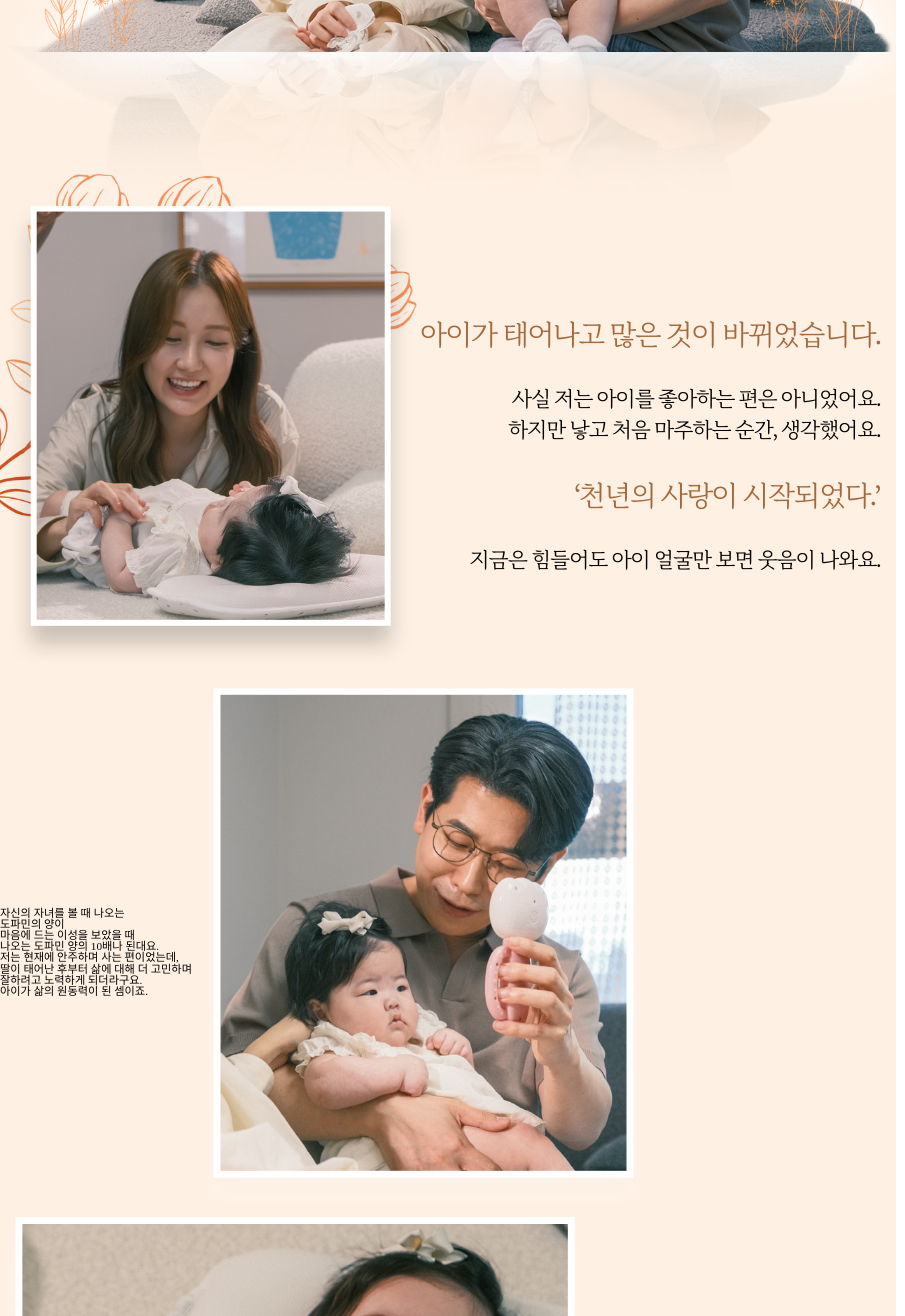
Repository: dlgywls1130/saveTheChildren
Page: index.html
The author's editor kept a copy of each file at every save. The page is drawn from the files as they stood at one save, then again after the next save.
The browser window is 1280 px wide. The page is 1293 px wide, so the pictures cover 1293 px, including what lies to the right of the window. The pictures show the part of the page from y = 2868 to 4748 px (the page is 10443 px tall before and 10384 px after), at 70% of full size.
Some web fonts or font styles are not loaded; a fallback is used. The style sheet was rebuilt from its Sass, Less or Tailwind sources for each picture, by a compiler version that may differ from the author's.

Above is the page before, as saved 2024-11-01 22:31:20.

### index.html
<!DOCTYPE html>
<html lang="en">
<head>
    <meta charset="UTF-8">
    <meta name="viewport" content="width=device-width, initial-scale=1.0">
    <title>Document</title>

    <link rel="stylesheet" href="./css/common.css">
</head>
<body>

    <!-- main -->
    <section class="main_container">
        <div class="container">
            <div class="logo_title mb-60">
                <img src="./images/logo.png" alt="logo">
                <p>우리 아기 좋은 날 기부</p>
            </div>

            <p class="sub_title mb-30">
                의사 오진승, 아나운서 김도연 가족과 함께하는
            </p>

            <h2 class="mb-50">우리 아기<br>좋은 날 일기</h2>

            <p class="sub_span_text mb-40">
                여러분은 자녀의 소중한 순간을<br>
                어떻게 기념 하시나요?
            </p>

            <p class="sub_descript mb-60">
                보통 사진을 찍고 영상을 남기는 분들이 많으실 거에요. <br>
                <span>소중한 날을 특별하게 기념하는 방법</span>을<br>
                소개해드릴게요
            </p>

            <a href="#" class="record_btn">
                <img src="/images/pencle.png" alt="pencle">
                <p>우리 아기 좋은 날 기록하기</p>
            </a>
        </div>
    </section>

    <!-- 스토리섹션 -->

    <section class="story_section">
        <div class="container py-150">

            <!-- 영상 -->
            <div class="video_container mb-150">
                <video></video>
            </div>

            <div class="story_01">
                <p class="s01 mb-70">
                    “유튜브 <닥터프렌즈>를 운영하는 정신과 전문의 오진승,
                    <br>KBS 전 아나운서, 현 프리랜서 방송인 김도연입니다.
                </p>

                <p class="s01_1 mb-70">
                    세이브더칠드런과는 자립지원아동들과 미혼모가정을 위해
                    <br>기부하며 인연을 이어오고 있습니다.
                </p>

                <p class="s01_2 mb-70">
                    지난 4월, 첫 딸 수빈이가 저희에게 찾아와 주었어요.”
                </p>

                <img src="/images/s1_1.png" alt="story">
            </div>


            <div class="story_02">
                <div class="story_02_01">
                    <div class="story_image">
                        <img src="/images/s2_1.png" alt="stroy">
                    </div>
                    <div class="story_text-contain">
                        <p class="story_text_01 mb-50">
                            아이가 태어나고 많은 것이 바뀌었습니다.
                        </p>
                        <p class="story_text_02 mb-50">
                            사실 저는 아이를 좋아하는 편은 아니었어요.
                            <br>하지만 낳고 처음 마주하는 순간, 생각했어요.
                        </p>
                        <p class="story_text_03 mb-50">
                            ‘천년의 사랑이 시작되었다.’
                        </p>

                        <p class="story_text_04">
                            지금은 힘들어도 아이 얼굴만 보면 웃음이 나와요.
                        </p>
                    </div>


                </div>
            </div>

            <div class="story_03">
                <div class="story_03_01">
                    <div class="story_text-contain">
                        <p class="story_text_01">
                            자신의 자녀를 볼 때 나오는
                            <br>도파민의 양이
                            <br>마음에 드는 이성을 보았을 때
                            <br>나오는 도파민 양의 10배나 된대요.
                        </p>
                        <p class="story_text_02">
                            저는 현재에 안주하며 사는 편이었는데,
                            <br>딸이 태어난 후부터 삶에 대해 더 고민하며
                            <br>잘하려고 노력하게 되더라구요.
                        </p>
                        <p class="story_text_03">
                            아이가 삶의 원동력이 된 셈이죠.
                        </p>

                    </div>

                    <div class="story_image">
                        <img src="/images/s3_1.png" alt="stroy">
                    </div>



                </div>
            </div>

            <div class="story_04">
                <div class="story04_01">

                    <div class="story_image">
                        <img src="/images/s4_1.png" alt="stroy">
                    </div>

                    <div class="story_text-contain">
                        <p class="story_text_01">
                            요즘은 수빈이와 함께
                            <br>놀이터 갈 날을
                            <br>손꼽아 기다리고 있어요.
                        </p>
                        <p class="story_text_02">
                            아직 말귀도 못 알아듣는 아이한테
                            <br>“너 언제 커서 아빠랑 놀이터 갈래?”
                            <br>묻고는 하죠.
                        </p>

                    </div>

                </div>

                <div class="story04_02">

                    <div class="story_text-contain">
                        <p class="story_text_01">
                            한편으로는 아이를 정신없이 키우다 보니
                            <br>탄생의 순간이 희미해지고 있었어요.
                        </p>
                        <p class="story_text_02">
                            우리 아기 좋은 날 캠페인에 참여해서
                            <br>직접 <span>기념일 이야기를 담은 후원감사증서</span>를 받아보니,
                            <br>그때 생각이 나서 너무 좋았어요.
                        </p>

                    </div>

                    <div class="story_image">
                        <img src="/images/s4_2.png" alt="stroy">
                    </div>

                </div>
            </div>

            <div class="story_05">
                <div class="story_05_01">
                    <div class="img_story">
                        <img src="/images/s5_1.png">
                    </div>
                    <div class="story_text">
                        “아이가 건강하게 발달단계를 해내는
                        <br>소중한 순간에 기부를 하면
                        <br>수빈이가 더 건강하고,행복하게
                        <br>자라게 되지 않을까요?
                        <br>
                        <br>소중한 순간마다 기부하고
                        <br>앨범처럼 남겨서 보여주면
                        <br>자랑스러운 부모가 될 것 같아요”
                    </div>
                </div>

                <div class="story_05_02">

                    <div class="story_text">
                        “저는 칭찬 받거나 스스로에게 자부심을
                        <br>느낀 순간은 오래 기억된다고 생각해요.
                        <br>
                        <br>내 아이에게 ‘네가 첫 양치질을 잘 해낸
                        <br>기념으로  다른 친구를 도왔어.’ 라고
                        <br>말해준다면 그 뿌듯함을 밑거름으로
                        <br>자기 자신과 다른 사람 모두 사랑할 수 있는
                        <br>아이로 성장하지 않을까요?”
                    </div>

                    <div class="img_story">
                        <img src="/images/s5_2.png">
                    </div>

                </div>


                <div class="middle_cotain">
                    <p>첫 걸음마, 첫돌, 처음 엄마 아빠를 부른 날, 처음 비를 맞아본 날,
                    처음 놀이터에 간 날, 그 소중한 순간을 기부로 기록해 보세요.</p>

                    <p>후원해주신 모든 분들께 직접 작성한 기념일 이야기가 담긴 <span>후원감사증서</span>를 드리며,
                    30만원 이상 후원해 주신 분들께는 이름을 수놓은 <span>순면거즈블랭킷</span>을 증정하고 있습니다. </p>

                    <div class="middle_image">
                        <div class="middel_left">
                            <img src="/images/s6_1.png">
                        </div>
                        <div class="middel_right">
                            <img src="/images/s6_2.png">
                        </div>

                        <img src="" class="float_image">
                    </div>


                    <a href="#" class="record_btn">
                        <img src="/images/pencle.png" alt="pencle">
                        <p>우리 아기 좋은 날 기록하기</p>
                    </a>
                </div>



            </div>

        </div>


    </section>

    <!-- 후원신청 과정 -->

    <section class="sponsor_section">
        <div class="container">

            <div class="sponsor-container">
                <h2>후원신청 과정</h2>

                <div class="sponsor_list">
                    <div class="sponsor_list_inner">
                        <div class="list-inner-img">
                            <img src="">
                        </div>
                        <p>후원신청하기</p>

                    </div>
                    <span class="arrow-img"><img src=""></span>
                    <div class="sponsor_list_inner">
                        <div class="list-inner-img">
                            <img src="">
                        </div>
                        <p>후원감사증서<br>메시지 적기</p>

                    </div>
                    <span class="arrow-img"><img src=""></span>
                    <div class="sponsor_list_inner">
                        <div class="list-inner-img">
                            <img src="">
                        </div>
                        <p>신청완료</p>

                    </div>
                    <span class="arrow-img"><img src=""></span>
                    <div class="sponsor_list_inner">
                        <div class="list-inner-img">
                            <img src="">
                        </div>
                        <p>후원감사증서 발송<br>(1주일이내)</p>

                    </div>
                </div>

                <p class="info-span">30만원 이상 후원자 분들께는 순면거즈블랭킷 제작을 위한 문자가 별도 발송됩니다. (후원 2-3일 이내)</p>
            </div>


            <div class="sponsor-inner">
                <h2>후원금, 이렇게 쓰여요!</h2>

                <p>
                    세이브더칠드런은 국내외 아동을 대상으로
                    생계지원, 의료지원,  영유아용품지원, 재해재난 상황에서의
                    긴급구호 등의 활동을 진행하고 있습니다.

                    보내주신 후원금은 정치, 종교, 인종에 관계없이
                    모든 아이들을 구해야 한다는  세이브더칠드런의 신념에 따라
                    가장 도움 필요한 아이를 위해 우선 사용됩니다.

                </p>

                <img src="/images/baby.png">
            </div>
        </div>

    </section>

    <!-- faq -->
    <section class="faq_section">
        <div class="container">
            <h2>FAQ</h2>

            <ul class="faq_list">
                <li>
                    <div class="faq_question">
                        <img src="/images/leaves.png">
                        <p>30만원 이상 후원했습니다. 거즈 순면 블랭킷은 언제 오나요?</p>
                    </div>
                    <div class="faq_answer">
                        우리 아기 좋은 날 기부로 30만원 이상 후원자님들께는 담요에 수놓을 아기 이름과 선물 수령 주소
                        확인을 위한 문자가 발송됩니다. 02-6900-4479로 발송되는 문자 속 설문조사에 답해주세요.
                        확인을 완료하신 분들께는 블랭킷 제작을 담당하고 있는 조니 스튜디오에서 아기 이름 자수
                        작업 완료 후 배송해 드립니다.

                    </div>
                </li>
                <li>
                    <div class="faq_question">
                        <img src="/images/leaves.png">
                        <p>순면 거즈 블랭킷, 안전한 제품인가요? </p>
                    </div>
                    <div class="faq_answer">
                        본 블랭킷은 워싱된 3중 거즈로 제작되었으며, KC안전검사를 완료하였습니다.
                        소재 특성상 섬유 조각이 발생할 수 있어 망에 넣지 않고 3번 정도 물빨래 하시는 것을 권장합니다.

                    </div>
                </li>
                <li>
                    <div class="faq_question">
                        <img src="/images/leaves.png">
                        <p>순면 거즈 블랭킷을 받았는 데 하자가 있어요. 어떻게 해야 하나요? </p>
                    </div>
                    <div class="faq_answer">
                        물품에 동봉된 조니스튜디오 연락처로 연락 부탁드립니다. 하자 물품에 대한 교환은 수령일로부터
                        7일 이내에 조니스튜디오에 연락해주셔야 하며, 이로 인한 후원금 환불은 어렵습니다.

                    </div>
                </li>
                <li>
                    <div class="faq_question">
                        <img src="/images/leaves.png">
                        <p>후원감사증서에 넣을 수 있는 사진 사이즈는 얼마인가요?</p>
                    </div>
                    <div class="faq_answer">
                        사진 인화 사이즈 5*7 인치에 맞추어서 제작되었습니다.  그보다 작은 사진일 경우,
                        후원감사증서  내부의 주머니에 넣어 보관하실 수도  있습니다.

                    </div>
                </li>
            </ul>
        </div>
    </section>
</body>
</html>

### css/common.scss
// Reset CSS
@mixin reset {

    html,
    body,
    div,
    span,
    applet,
    object,
    iframe,
    h1,
    h2,
    h3,
    h4,
    h5,
    h6,
    p,
    blockquote,
    pre,
    a,
    abbr,
    acronym,
    address,
    big,
    cite,
    code,
    del,
    dfn,
    em,
    img,
    ins,
    kbd,
    q,
    s,
    samp,
    small,
    strike,
    strong,
    sub,
    sup,
    tt,
    var,
    b,
    u,
    i,
    center,
    dl,
    dt,
    dd,
    ol,
    ul,
    li,
    fieldset,
    form,
    label,
    legend,
    table,
    caption,
    tbody,
    tfoot,
    thead,
    tr,
    th,
    td,
    article,
    aside,
    canvas,
    details,
    embed,
    figure,
    figcaption,
    footer,
    header,
    hgroup,
    menu,
    nav,
    output,
    ruby,
    section,
    summary,
    time,
    mark,
    audio,
    video {
        margin: 0;
        padding: 0;
        border: 0;
        font-size: 100%;
        font: inherit;
        vertical-align: baseline;
    }

    /* HTML5 display-role reset for older browsers */
    article,
    aside,
    details,
    figcaption,
    figure,
    footer,
    header,
    hgroup,
    menu,
    nav,
    section {
        display: block;
    }

    body {
        line-height: 1;
    }

    ol,
    ul {
        list-style: none;
    }

    blockquote,
    q {
        quotes: none;

        &:before,
        &:after {
            content: '';
            content: none;
        }
    }

    table {
        border-collapse: collapse;
        border-spacing: 0;
    }
}


$font-path: '../fonts/';


$font-weights: (
    'regular': 400,
    'medium': 500,
    'semi-bold':600,
    'bold': 700,
    'extra-bold': 800,
);


// 폰트 패밀리 변수 설정
$font-families: (
  'maru': ('MaruBuri', serif),
  'nanum': ('NanumSquare', sans-serif),
  'nanum-neo': ('NanumSquare Neo', sans-serif),
  'okgung': ('OKGUNG', serif)
);


// MaruBuri 폰트
@font-face {
  font-family: 'MaruBuri';
  font-weight: 400;
  font-style: normal;
  font-display: swap;
  src: url('#{$font-path}MaruBuri-Regular.woff2') format('woff2'),
       url('#{$font-path}MaruBuri-Regular.ttf') format('truetype');
}

// NanumSquare 폰트군
@font-face {
  font-family: 'NanumSquare';
  font-weight: 400;
  font-style: normal;
  font-display: swap;
  src: url('#{$font-path}NANUMSQUAREB.TTF') format('truetype'),
       url('#{$font-path}NANUMSQUAREL.TTF') format('truetype');
}

// NanumSquare Neo
@font-face {
    font-family: 'NanumSquare';
    font-weight: map-get($font-weights, 'regular');
    font-style: normal;
    font-display: swap;
    src: url('#{$font-path}NANUMSQUAREL.TTF') format('truetype');
}

@font-face {
    font-family: 'NanumSquare';
    font-weight: map-get($font-weights, 'medium');
    font-style: normal;
    font-display: swap;
    src: url('#{$font-path}NANUMSQUAREM.TTF') format('truetype');
}

@font-face {
    font-family: 'NanumSquare';
    font-weight: map-get($font-weights, 'semi-bold');
    font-style: normal;
    font-display: swap;
    src: url('#{$font-path}NANUMSQUARESB.TTF') format('truetype');
}

@font-face {
    font-family: 'NanumSquare';
    font-weight: map-get($font-weights, 'bold');
    font-style: normal;
    font-display: swap;
    src: url('#{$font-path}NANUMSQUARB.TTF') format('truetype');
}

@font-face {
    font-family: 'NanumSquare';
    font-weight: map-get($font-weights, 'extra-bold');
    font-style: normal;
    font-display: swap;
    src: url('#{$font-path}NANUMSQUAREB.TTF') format('truetype');
}

// OKGUNG 폰트
@font-face {
  font-family: 'OKGUNG';
  font-weight: normal;
  font-style: normal;
  font-display: swap;
  src: url('#{$font-path}OKGUNG.woff2') format('woff2'),
       url('#{$font-path}OKGUNG.ttf') format('truetype');
}

@mixin font($family, $size: 16px, $weight: 400) {
    font-family: map-get($font-families, $family);
    font-size: $size;
    font-weight: $weight;
  }





// Container
$container-width: 1315px;

// Colors
$colors: (
    'gray': #535353,
    'black': #020202,
    'brown': #665f5a,
    'teal': #00b2a9,
    'red': #ea4120,
    'bronze': #a56839,
    'olive': #727464,
    'sage': #858770
);


$spacing: (
    '30': 30px,
    '40': 40px,
    '50': 50px,
    '60': 60px,
    '70': 70px,
    '75': 75px,
    '80': 80px,
    '100': 100px,
    '150': 150px,
    '200': 200px,
);

$directions: (
    'p': padding,
    'm': margin
);

$sides: (
    't': top,
    'b': bottom,
    'l': left,
    'r': right,
    'x': (left, right),
    'y': (top, bottom)
);

@each $direction-key, $direction-value in $directions {
    @each $side-key, $side-value in $sides {
        @each $space-key, $space-value in $spacing {
            // 단일 방향
            @if type-of($side-value) == string {
                .#{$direction-key}#{$side-key}-#{$space-key} {
                    #{$direction-value}-#{$side-value}: $space-value;
                }
            }
            // x, y 축 방향
            @else if type-of($side-value) == list {
                .#{$direction-key}#{$side-key}-#{$space-key} {
                    @each $side in $side-value {
                        #{$direction-value}-#{$side}: $space-value;
                    }
                }
            }
        }
    }
}
// Container Mixin
@mixin container {
    max-width: $container-width;
    margin: 0 auto;
    width: 100%;
}

// Apply Reset
@include reset;


// Base Container
.container {
    @include container;
}

// main

.main_container {
    background: url('/images/main_bg.jpg') no-repeat;
    width: 100vw;
    height: 100vh;
    background-size: cover;
    background-position: center;

    .container {
        display: flex;
        flex-direction: column;
        justify-content: flex-end;
        height: 100%;
        padding: 90px 0;
        box-sizing: border-box;
        .logo_title{
            display: flex;
            align-items: center;
            gap: 10px;
            img{
                width: 218px;
                height: auto;
            }

            p{
                color: #fff;
                font-size: 20px;
                background: url('/images/main_banner.png') no-repeat;
                border-radius: 5px;
                display: flex;
                align-items: center;
                justify-content: center;
                width: 188px;
                height: 33px;
                letter-spacing: -0.06em;
            }

        }

        .sub_title{
            letter-spacing: -0.03em;
            color: map-get($colors, 'brown');
            @include font('nanum', 30px, map-get($font-weights, 'bold'));
        }

        h2{
            line-height: 100px;
            letter-spacing: -0.03em;
            color: map-get($colors, 'black');
            @include font('okgung', 90px, map-get($font-weights, 'regular'));
        }

        .sub_span_text{
            color: map-get($colors, 'brown');
            letter-spacing: -0.03em;
            line-height: 35px;
            @include font('nanum-neo', 25px, map-get($font-weights, 'extra-bold'));
        }

        .sub_descript{
            line-height: 35px;
            letter-spacing: -0.03em;
            color: map-get($colors, 'brown');
            @include font('nanum-neo', 25px, map-get($font-weights, 'regular'));
            span{
                font-weight: 800;
            }
        }

        .record_btn{
            background-color: map-get($colors, 'teal' );
            border-radius: 30px;
            width: 374px;
            min-height: 60px;
            display: flex;
            align-items: center;
            justify-content: center;
            gap: 10px;
            text-decoration: none;
            box-sizing: border-box;
            img{
                width: 30px;
                height: 30px;
                display: block;
            }

            p{
                display: block;
                color: #fff;
                @include font('nanum-neo', 25px, map-get($font-weights, 'extra-bold'));
            }
        }
    }
}



// story

.story_section{
    background: url('/images/story_bg.jpg') no-repeat;
    width: 100vw;
    height: 100%;
    .container{
        .video_container {
            width: 100%;
            height: 782px;  // 원하는 높이
            background-color: #000;
            display: flex;
            align-items: center;
            justify-content: center;
        }

        .story_01{
            .s01{
                @include font('maru', 30px, map-get($font-weights, 'regular'));
                color: #000;
                line-height: 45px;
                letter-spacing: -0.06em;
                text-align: center;
            }

            .s01_1{
                @include font('maru', 30px, map-get($font-weights, 'regular'));
                color: map-get($colors, 'red');
                text-align: center;
                line-height: 45px;
                letter-spacing: -0.06em;
            }

            .s01_2{
                @include font('maru', 30px, map-get($font-weights, 'regular'));
                color: #000;
                line-height: 45px;
                letter-spacing: -0.06em;
                text-align: center;
            }
        }

        .story_02{
            .story_02_01{
                display: flex;
                align-items: center;

                .story_image{
                    width: 600px;
                    height: auto;
                    img{
                        width: 100%;
                        height: 100%;

                    }
                }

                .story_text-contain{


                    .story_text_01{
                        text-align: right;
                        line-height: 40px;
                        letter-spacing: -0.06em;
                        color: map-get($colors, 'bronze' );
                        @include font('maru', 40px, map-get($font-weights, 'regular'));
                    }

                    .story_text_02{
                        text-align: right;
                        line-height: 45px;
                        letter-spacing: -0.06em;
                        color: #000;
                        @include font('maru', 30px, map-get($font-weights, 'regular'));
                    }

                    .story_text_03{
                        text-align: right;
                        line-height: 40px;
                        letter-spacing: -0.06em;
                        color: map-get($colors, 'bronze' );
                        @include font('maru', 40px, map-get($font-weights, 'regular'));
                    }

                    .story_text_04{
                        text-align: right;
                        line-height: 45px;
                        letter-spacing: -0.06em;
                        color: #000;
                        @include font('maru', 30px, map-get($font-weights, 'regular'));
                    }

                }
            }
        }

        .story_03{
            .story_03_01{
                display: flex;
                align-items: center;
            }
        }
    }
}

After the next save:
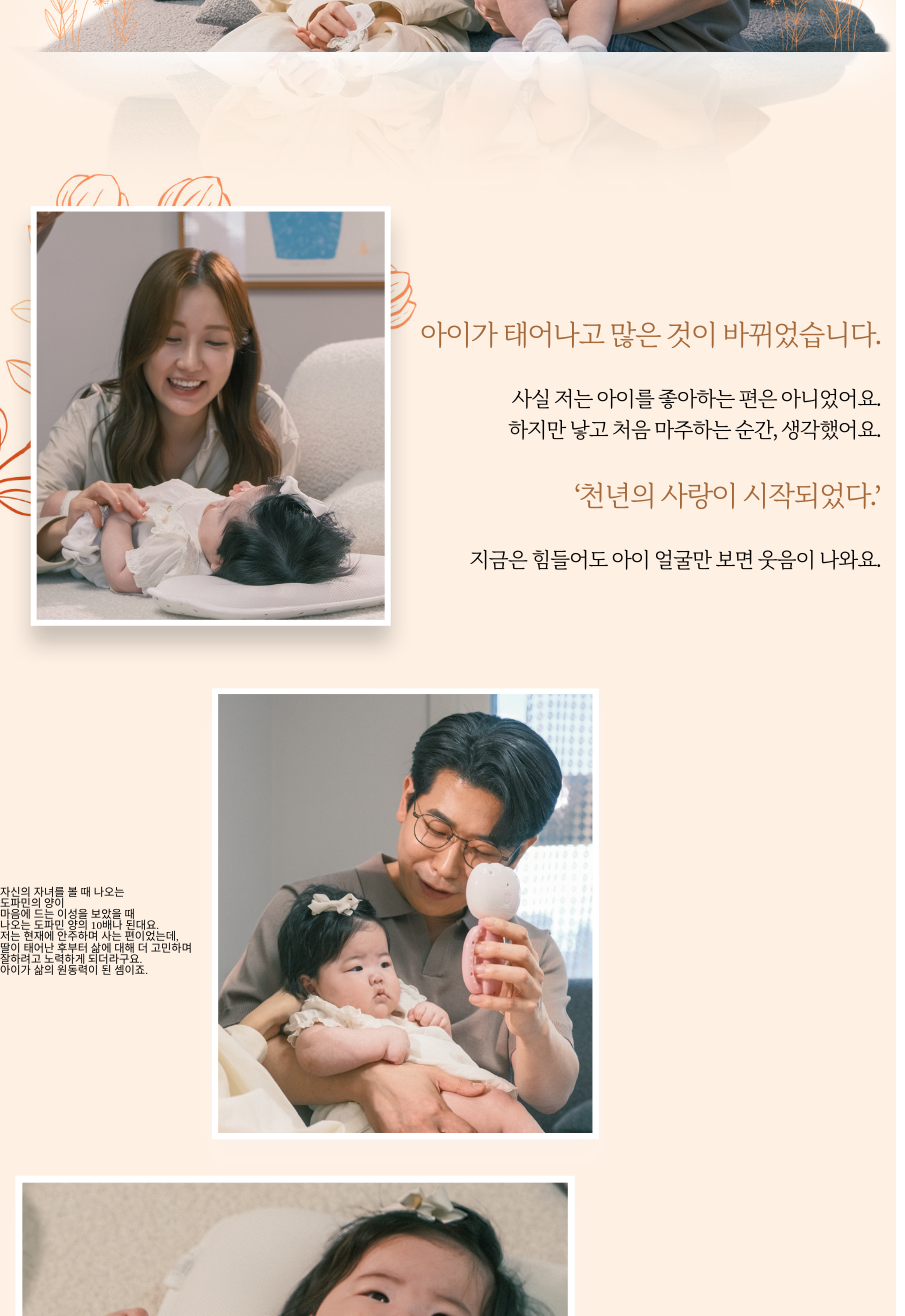
Saved 22 s later.
--- a/css/common.scss
+++ b/css/common.scss
@@ -511,7 +511,17 @@ $sides: (
             .story_03_01{
                 display: flex;
                 align-items: center;
-            }
-        }
-    }
-}
+
+                .story_image{
+                    width: 600px;
+                    height: auto;
+                    img{
+                        width: 100%;
+                        height: 100%;
+
+                    }
+                }
+            }
+        }
+    }
+}
